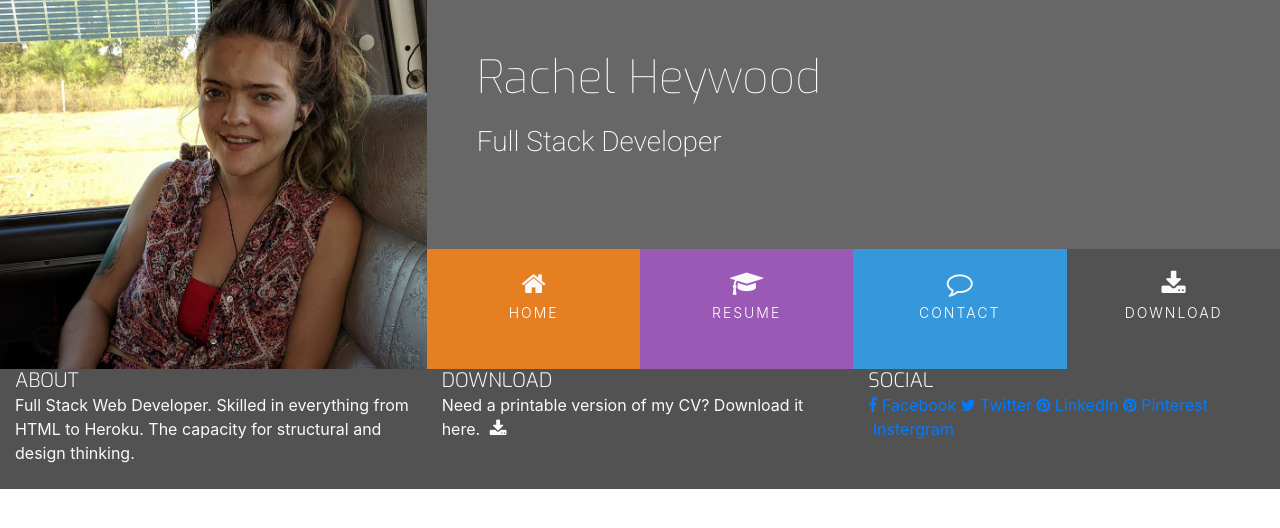
Repository: Heywood93/resume
Page: index.html
The author's editor kept a record of every edit. The page is drawn from the files as they stood at one moment, then again after the next edit.
The browser window is 1280 px wide. The pictures show the whole page.

Above is the page before.

After the next edit:
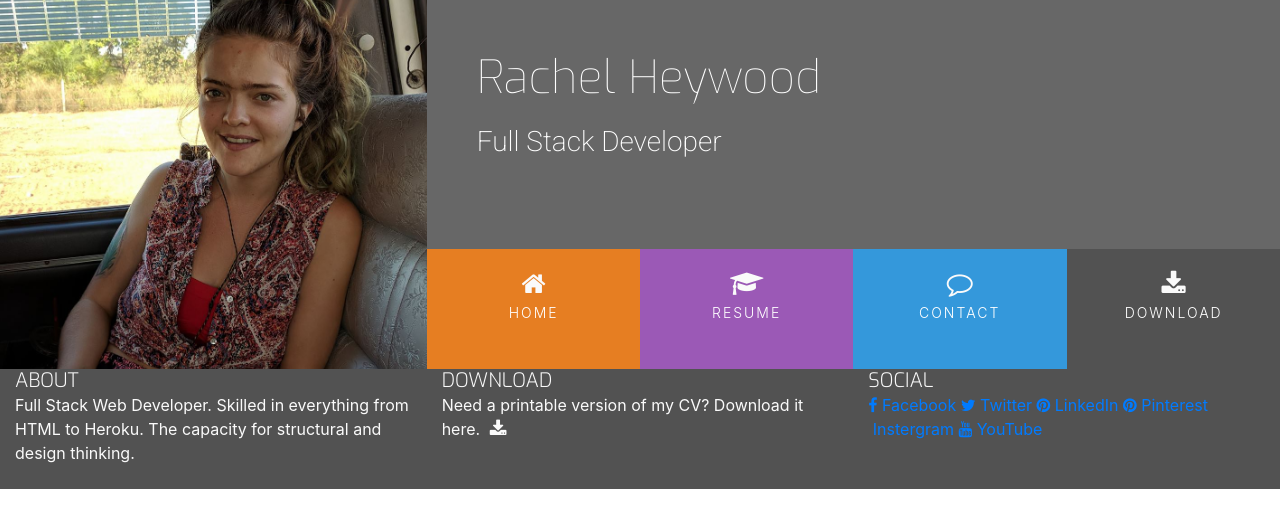
The edit:
--- a/index.html
+++ b/index.html
@@ -100,6 +100,12 @@
                             <span class="sr-only"></span><span>Instergram</span>
                         </a>
                     </li>
+                    <li class="list-inline-item">
+                        <a target="_blank" href="#">
+                            <i class="fa fa-youtube" aria-hidden="true"></i>
+                            <span class="sr-only"></span><span>YouTube</span>
+                        </a>
+                    </li>
                 </ul>
             </div>
         </div>
